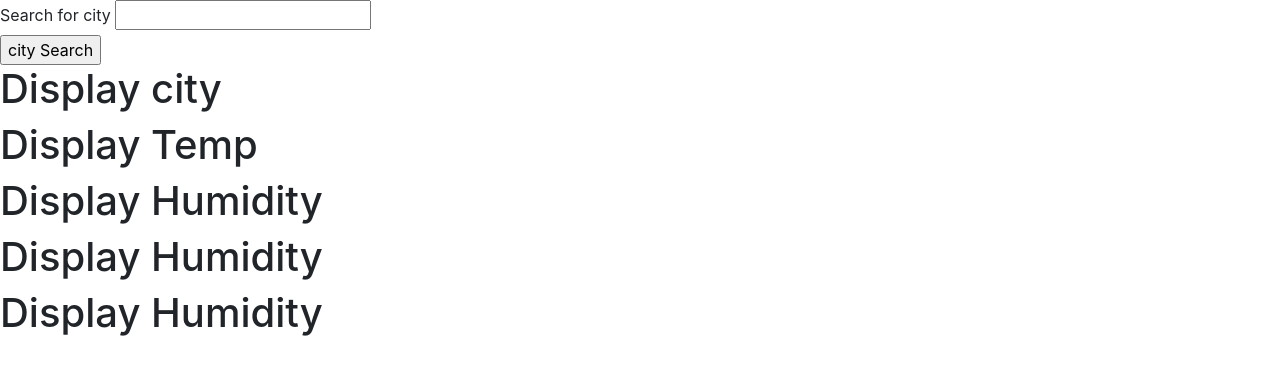
Repository: Mf948/YourWeather
Page: index.html
An editor plug-in stored every save of this project. The page is shown before and after a run of saves, followed by the edit.
The browser window is 1280 px wide. The pictures show the whole page.
Some web libraries are served in a nearby version.

Above is the page before, as saved 2020-12-14 20:09:25.

### index.html
<!DOCTYPE html>
<html lang="en">
<head>
    <meta charset="UTF-8">
    <meta name="viewport" content="width=device-width, initial-scale=1.0">
    <title>Your Weather</title>
 <link rel="stylesheet" href="Style.css">
 <link rel="stylesheet" href="https://maxcdn.bootstrapcdn.com/bootstrap/4.0.0/css/bootstrap.min.css" integrity="sha384-Gn5384xqQ1aoWXA+058RXPxPg6fy4IWvTNh0E263XmFcJlSAwiGgFAW/dAiS6JXm" crossorigin="anonymous">

</head>
<body>
    <form id="city-form">
        <label for="movie-input">Search for city</label>
        <input type="text" id="city-input"><br>
        <input id="find-city" type="submit" value="city Search">
    </form>
<div id="city1">
    <h1 id ="displaycity">Display city</h1>
    <h1 id ="displayTemperature">Display Temp</h1>
    <h1 id ="displayHumidity">Display Humidity</h1>
    <h1 id ="displayWind">Display Humidity</h1>
    <h1 id ="displayUV">Display Humidity</h1>


</div>
<div id="city1"></div>

   <script src="https://cdnjs.cloudflare.com/ajax/libs/jquery/3.2.1/jquery.min.js"></script>
   <script src="script.js"></script>
</body>
</html>

### Style.css
.header {
    width: 100%;
    height: 80px;
    background-color: black;
}
.inerheader{
    width: 60%;
    text-: cornsilk;
    background-color: cornsilk;
    height: auto;
    margin: 0 auto;

}

### script.js
$(document).ready(function() {
//api.openweathermap.org/data/2.5/weather?q={city name}&appid={API key}

  // This .on("click") function will trigger the AJAX Call
  $("#find-city").on("click", function(event) {

    // Preventing the submit button from trying to submit the form
    // We're optionally using a form so the user may hit Enter to search instead of clicking the button
    event.preventDefault();

    // Here we grab the text from the input box
    var city = $("#city-input").val();

    // Here we construct our URL
    var queryURL = "https://api.openweathermap.org/data/2.5/weather?q=" + city + "&appid=f235f42a755f4529b0fca0891283af30";

    // Write code between the dashes below to hit the queryURL with $ajax, then take the response data
    // and display it in the div with an id of movie-view

    // YOUR CODE GOES IN THESE DASHES. DO NOT MANUALLY EDIT THE HTML ABOVE


    // =================================================================

    // CODE GOES HERE

    $.ajax({
  url: queryURL,
  method: "GET"
}).then(function(response) {
    console.log(response)
//$("#movie-view").text(JSON.stringify(response));
});

    // =================================================================
  });
});

After the next 4 saves:
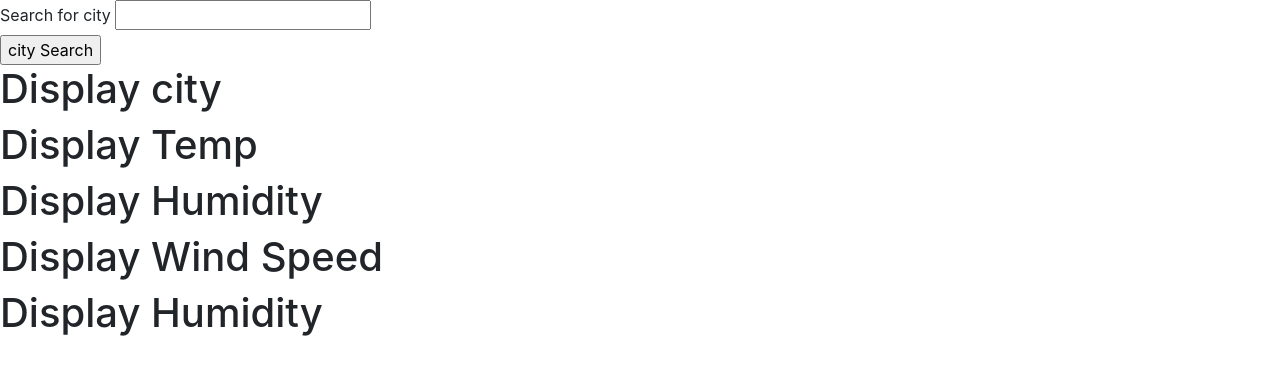
The 4 saves are shown as one change because they came seconds apart.
The last was saved 10 s later.
--- a/index.html
+++ b/index.html
@@ -18,7 +18,7 @@
     <h1 id ="displaycity">Display city</h1>
     <h1 id ="displayTemperature">Display Temp</h1>
     <h1 id ="displayHumidity">Display Humidity</h1>
-    <h1 id ="displayWind">Display Humidity</h1>
+    <h1 id ="displayWind">Display Wind Speed</h1>
     <h1 id ="displayUV">Display Humidity</h1>
 
 
